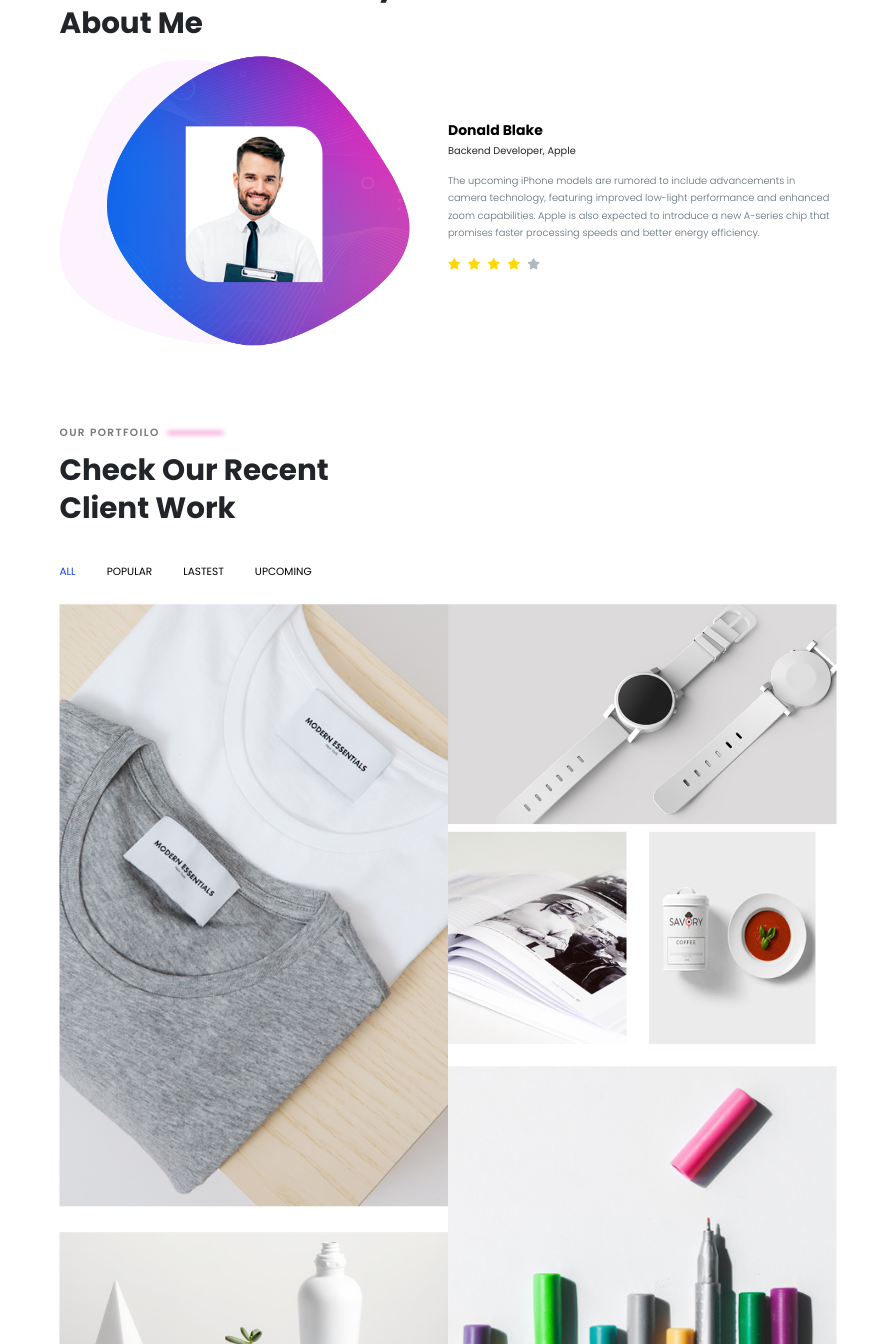
Repository: whoami2991/Sardorbek-Portfolio---Home
Page: index.html
An editor plug-in stored every save of this project. The page is shown before and after the next save, followed by the edit.
The browser window is 1280 px wide. The pictures show the part of the page from y = 2286 to 4206 px (the page is 6087 px tall before and 6102 px after), at 70% of full size.

Above is the page before, as saved 2024-08-04 21:37:13.

After the next save:
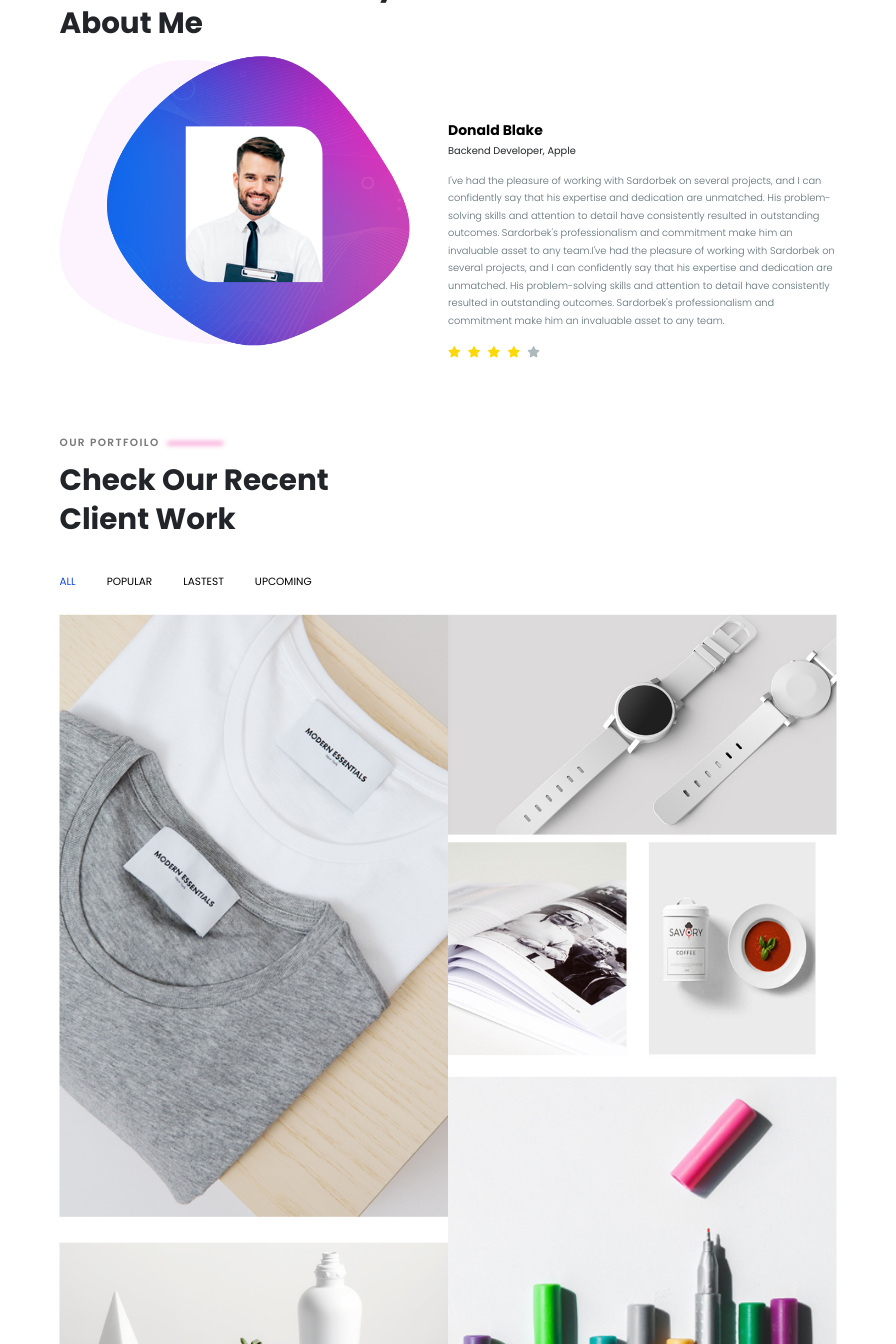
Saved 4 min 2 s later.
--- a/index.html
+++ b/index.html
@@ -164,8 +164,7 @@
                         <h3 class="client-item_name">Donald Blake</h3>
                         <p class="client-item_position">Backend Developer, Apple</p>
                         <p class="client-item_review">
-                            The upcoming iPhone models are rumored to include advancements in camera technology, featuring improved low-light performance and enhanced zoom capabilities. Apple is also expected to introduce a new A-series chip that promises faster processing speeds and better energy efficiency.
-                        </p>
+                            I've had the pleasure of working with Sardorbek on several projects, and I can confidently say that his expertise and dedication are unmatched. His problem-solving skills and attention to detail have consistently resulted in outstanding outcomes. Sardorbek's professionalism and commitment make him an invaluable asset to any team.I've had the pleasure of working with Sardorbek on several projects, and I can confidently say that his expertise and dedication are unmatched. His problem-solving skills and attention to detail have consistently resulted in outstanding outcomes. Sardorbek's professionalism and commitment make him an invaluable asset to any team.</p>
                         <div class="client-item_rate">
                             <i class="fa-solid fa-star"></i>
                             <i class="fa-solid fa-star"></i>

After the save that followed:
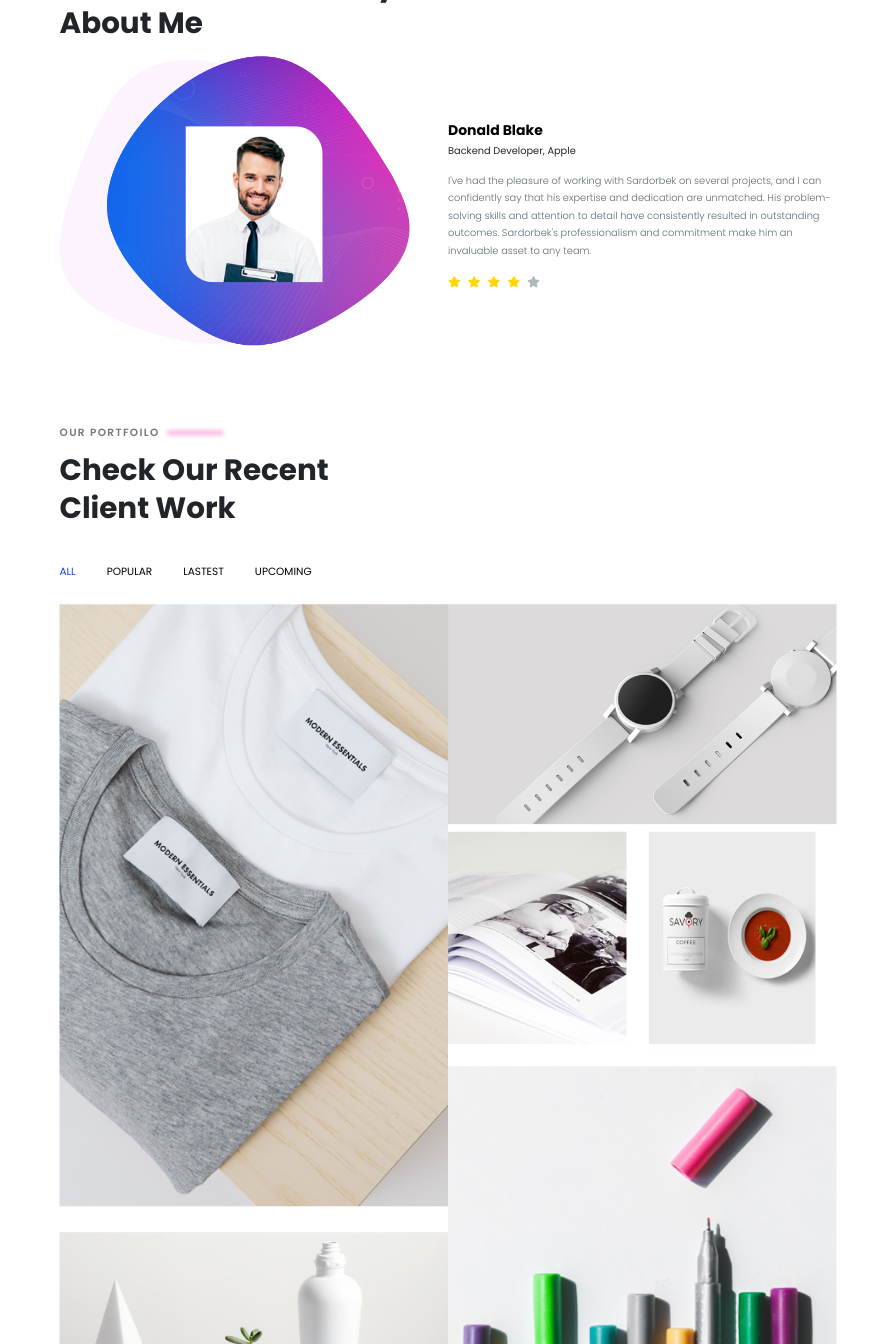
Saved 31 s later.
--- a/index.html
+++ b/index.html
@@ -164,7 +164,7 @@
                         <h3 class="client-item_name">Donald Blake</h3>
                         <p class="client-item_position">Backend Developer, Apple</p>
                         <p class="client-item_review">
-                            I've had the pleasure of working with Sardorbek on several projects, and I can confidently say that his expertise and dedication are unmatched. His problem-solving skills and attention to detail have consistently resulted in outstanding outcomes. Sardorbek's professionalism and commitment make him an invaluable asset to any team.I've had the pleasure of working with Sardorbek on several projects, and I can confidently say that his expertise and dedication are unmatched. His problem-solving skills and attention to detail have consistently resulted in outstanding outcomes. Sardorbek's professionalism and commitment make him an invaluable asset to any team.</p>
+                            I've had the pleasure of working with Sardorbek on several projects, and I can confidently say that his expertise and dedication are unmatched. His problem-solving skills and attention to detail have consistently resulted in outstanding outcomes. Sardorbek's professionalism and commitment make him an invaluable asset to any team.</p>
                         <div class="client-item_rate">
                             <i class="fa-solid fa-star"></i>
                             <i class="fa-solid fa-star"></i>
